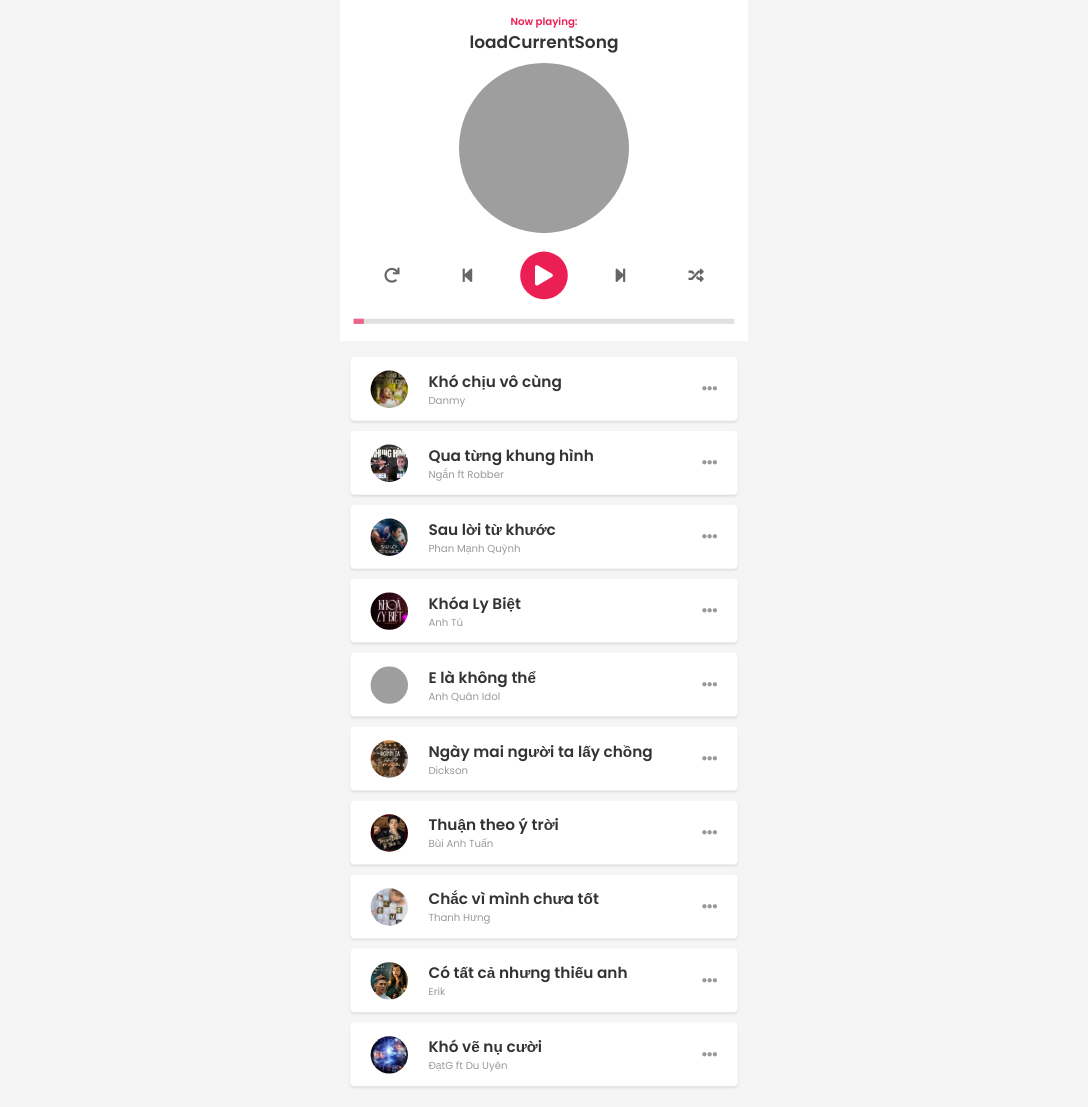
Repository: vothanhdiennn/music-player
Page: index.html
An editor plug-in stored every save of this project. The page is shown before and after the next save, followed by the edit.
The browser window is 1280 px wide. The pictures show the whole page, at 85% of full size.
Pictures or frames that could not be fetched are drawn as grey boxes.

Above is the page before, as saved 2024-12-04 10:27:24.

### index.html
<!DOCTYPE html>
<html lang="en">
  <head>
    <meta charset="UTF-8" />
    <meta name="viewport" content="width=device-width, initial-scale=1.0" />
    <title>Music Player</title>
    <link rel="stylesheet" href="./assets/css/main.css" />
    <link
      rel="stylesheet"
      href="https://cdnjs.cloudflare.com/ajax/libs/font-awesome/5.15.2/css/all.min.css"
      integrity="sha512-HK5fgLBL+xu6dm/Ii3z4xhlSUyZgTT9tuc/hSrtw6uzJOvgRr2a9jyxxT1ely+B+xFAmJKVSTbpM/CuL7qxO8w=="
      crossorigin="anonymous"
    />
    <link rel="preconnect" href="https://fonts.gstatic.com" />
    <link
      href="https://fonts.googleapis.com/css2?family=Poppins:wght@300;400;600&display=swap"
      rel="stylesheet"
    />
  </head>
  <body>
    <div class="player">
      <!-- Dashboard -->
      <div class="dashboard">
        <!-- Header -->
        <header>
          <h4>Now playing:</h4>
          <h2>String 57th & 9th</h2>
        </header>

        <!-- CD -->
        <div class="cd">
          <div
            class="cd-thumb"
            style="
              background-image: url('https://i.ytimg.com/vi/jTLhQf5KJSc/maxresdefault.jpg');
            "
          ></div>
        </div>

        <!-- Control -->
        <div class="control">
          <div class="btn btn-repeat">
            <i class="fas fa-redo"></i>
          </div>
          <div class="btn btn-prev">
            <i class="fas fa-step-backward"></i>
          </div>
          <div class="btn btn-toggle-play">
            <i class="fas fa-pause icon-pause"></i>
            <i class="fas fa-play icon-play"></i>
          </div>
          <div class="btn btn-next">
            <i class="fas fa-step-forward"></i>
          </div>
          <div class="btn btn-random">
            <i class="fas fa-random"></i>
          </div>
        </div>

        <input
          id="progress"
          class="progress"
          type="range"
          value="0"
          step="1"
          min="0"
          max="100"
        />

        <audio id="audio" src=""></audio>
      </div>

      <!-- Playlist -->
      <div class="playlist"></div>
    </div>

    <!-- Design from: https://static.collectui.com/shots/3671744/musicloud-revolutionary-app-for-music-streaming-large -->

    <script src="./assets/js/app.js"></script>
  </body>
</html>

### assets/css/main.css
:root {
  --primary-color: #ec1f55;
  --text-color: #333;
}

* {
  padding: 0;
  margin: 0;
  box-sizing: inherit;
}

body {
  background-color: #f5f5f5;
}

html {
  box-sizing: border-box;
  font-family: "Poppins", sans-serif;
}

.player {
  position: relative;
  max-width: 480px;
  margin: 0 auto;
}

.player .icon-pause {
  display: none;
}

.player.playing .icon-pause {
  display: inline-block;
}

.player.playing .icon-play {
  display: none;
}

.dashboard {
  padding: 16px 16px 14px;
  background-color: #fff;
  position: fixed;
  top: 0;
  width: 100%;
  max-width: 480px;
  border-bottom: 1px solid #ebebeb;
}

/* HEADER */
header {
  text-align: center;
  margin-bottom: 10px;
}

header h4 {
  color: var(--primary-color);
  font-size: 12px;
}

header h2 {
  color: var(--text-color);
  font-size: 20px;
}

/* CD */
.cd {
  display: flex;
  margin: auto;
  width: 200px;
}

.cd-thumb {
  width: 100%;
  padding-top: 100%;
  border-radius: 50%;
  background-color: #333;
  background-size: cover;
  margin: auto;
}

/* CONTROL */
.control {
  display: flex;
  align-items: center;
  justify-content: space-around;
  padding: 18px 0 8px 0;
}

.control .btn {
  color: #666;
  padding: 18px;
  font-size: 18px;
}

.control .btn.active {
  color: var(--primary-color);
}

.control .btn-toggle-play {
  width: 56px;
  height: 56px;
  border-radius: 50%;
  font-size: 24px;
  color: #fff;
  display: flex;
  align-items: center;
  justify-content: center;
  background-color: var(--primary-color);
}

.progress {
  width: 100%;
  -webkit-appearance: none;
  height: 6px;
  background: #d3d3d3;
  outline: none;
  opacity: 0.7;
  -webkit-transition: 0.2s;
  transition: opacity 0.2s;
}

.progress::-webkit-slider-thumb {
  -webkit-appearance: none;
  appearance: none;
  width: 12px;
  height: 6px;
  background-color: var(--primary-color);
  cursor: pointer;
}

/* PLAYLIST */
.playlist {
  margin-top: 408px;
  padding: 12px;
}

.song {
  display: flex;
  align-items: center;
  margin-bottom: 12px;
  background-color: #fff;
  padding: 8px 16px;
  border-radius: 5px;
  box-shadow: 0 2px 3px rgba(0, 0, 0, 0.1);
}

.song.active {
  background-color: var(--primary-color);
}

.song:active {
  opacity: 0.8;
}

.song.active .option,
.song.active .author,
.song.active .title {
  color: #fff;
}

.song .thumb {
  width: 44px;
  height: 44px;
  border-radius: 50%;
  background-size: cover;
  margin: 0 8px;
}

.song .body {
  flex: 1;
  padding: 0 16px;
}

.song .title {
  font-size: 18px;
  color: var(--text-color);
}

.song .author {
  font-size: 12px;
  color: #999;
}

.song .option {
  padding: 16px 8px;
  color: #999;
  font-size: 18px;
}

### assets/js/app.js
/**
 * render songs
 * scroll top
 * play / pause / seek
 * cd rotate
 * next / prev
 * random
 * next / repeat when ended
 * active songs
 * scroll active song into view
 * play song when click
 */

const $ = document.querySelector.bind(document);
const $$ = document.querySelectorAll.bind(document);

const app = {
  currentIndex: 0,

  songs: [
    {
      name: "Khó chịu vô cùng",
      singer: "Danmy",
      path: "/assets/music/song1.mp3",
      image: "/assets/img/img1.png",
    },
    {
      name: "Qua từng khung hình",
      singer: "Ngắn ft Robber",
      path: "/assets/music/song2.mp3",
      image: "/assets/img/img2.png",
    },
    {
      name: "Sau lời từ khước",
      singer: "Phan Mạnh Quỳnh",
      path: "/assets/music/song3.mp3",
      image: "/assets/img/img3.jpg",
    },
    {
      name: "Khóa Ly Biệt",
      singer: "Anh Tú",
      path: "/assets/music/song4.mp3",
      image: "/assets/img/img4.jpg",
    },
    {
      name: "E là không thể",
      singer: "Anh Quân Idol",
      path: "/assets/music/song5.mp3",
      image: "/assets/img/img5.jpg",
    },
    {
      name: "Ngày mai người ta lấy chồng",
      singer: "Dickson",
      path: "/assets/music/song6.mp3",
      image: "/assets/img/img6.jpg",
    },
    {
      name: "Thuận theo ý trời",
      singer: "Bùi Anh Tuấn",
      path: "/assets/music/song7.mp3",
      image: "/assets/img/img7.jpg",
    },
    {
      name: "Chắc vì mình chưa tốt",
      singer: " Thanh Hưng",
      path: "/assets/music/song8.mp3",
      image: "/assets/img/img8.jpg",
    },
    {
      name: "Có tất cả nhưng thiếu anh",
      singer: "Erik",
      path: "/assets/music/song9.mp3",
      image: "/assets/img/img9.jpg",
    },
    {
      name: "Khó vẽ nụ cười",
      singer: "ĐạtG ft Du Uyên",
      path: "/assets/music/song10.mp3",
      image: "/assets/img/img10.jpg",
    },
  ],

  render: function () {
    const htmls = this.songs.map((song) => {
      return `
      <div class="song">
          <div
            class="thumb"
            style="background-image: url('${song.image}')">
          </div>
          <div class="body">
            <h3 class="title">${song.name}</h3>
            <p class="author">${song.singer}</p>
          </div>
          <div class="option">
            <i class="fas fa-ellipsis-h"></i>
          </div>
        </div>
      `;
    });
    $(".playlist").innerHTML = htmls.join("");
  },

  defineProperties: function () {
    Object.defineProperty(this, "currentSong", {
      get: function () {
        return this.songs[this.currentIndex];
      },
    });
  },

  handleEvents: function () {
    const cd = $(".cd");
    const cdWidth = cd.offsetWidth;

    document.onscroll = function () {
      const scrollTop = document.documentElement.scrollTop || window.scrollY;
      const newCdWidth = cdWidth - scrollTop;

      cd.style.width = newCdWidth > 0 ? newCdWidth + "px" : 0;
      cd.style.opacity = newCdWidth / cdWidth;
    };
  },

  loadCurrentSong: function () {
    const heading = $("header h2");
    const cdThumb = $(".cd-thumb");
    const audio = $("#audio");

    heading.textContent = this.loadCurrentSong.name;

    console.log(heading, cdThumb, audio);
  },

  start: function () {
    // định nghĩa các thuộc tính cho Object
    this.defineProperties();

    // lắng nghe và xử lý các sự kiện (DOM events)
    this.handleEvents();

    // tải thông tin bài hát đầu tiên vào UI khi chạy ứng dụng
    this.loadCurrentSong();

    // render playlist
    this.render();
  },
};
app.start();

After the next save:
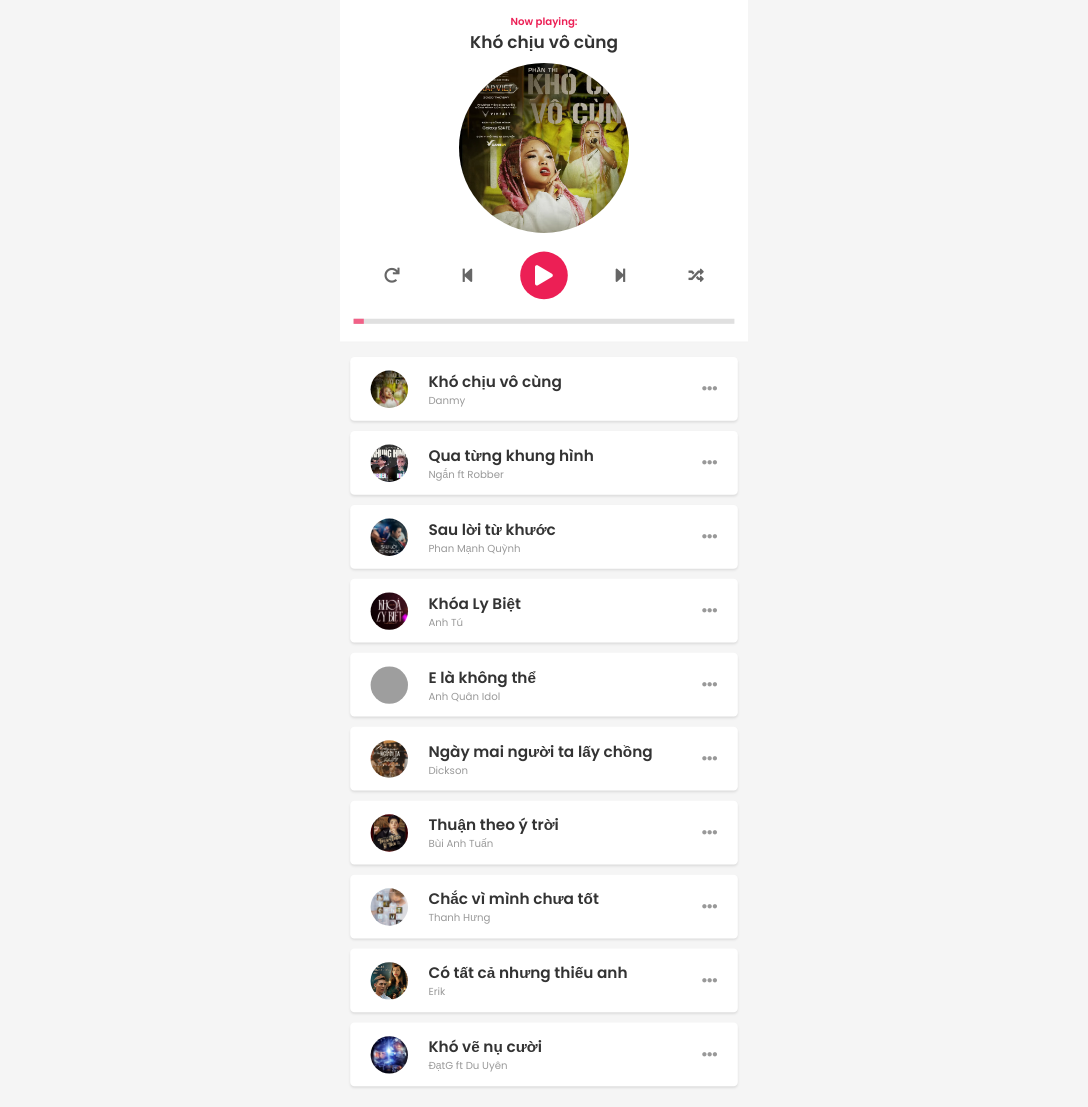
Saved 2 min 13 s later.
--- a/assets/js/app.js
+++ b/assets/js/app.js
@@ -127,7 +127,8 @@
     const cdThumb = $(".cd-thumb");
     const audio = $("#audio");
 
-    heading.textContent = this.loadCurrentSong.name;
+    heading.textContent = this.currentSong.name;
+    cdThumb.style.backgroundImage = `url('${this.currentSong.image}')`;
 
     console.log(heading, cdThumb, audio);
   },
